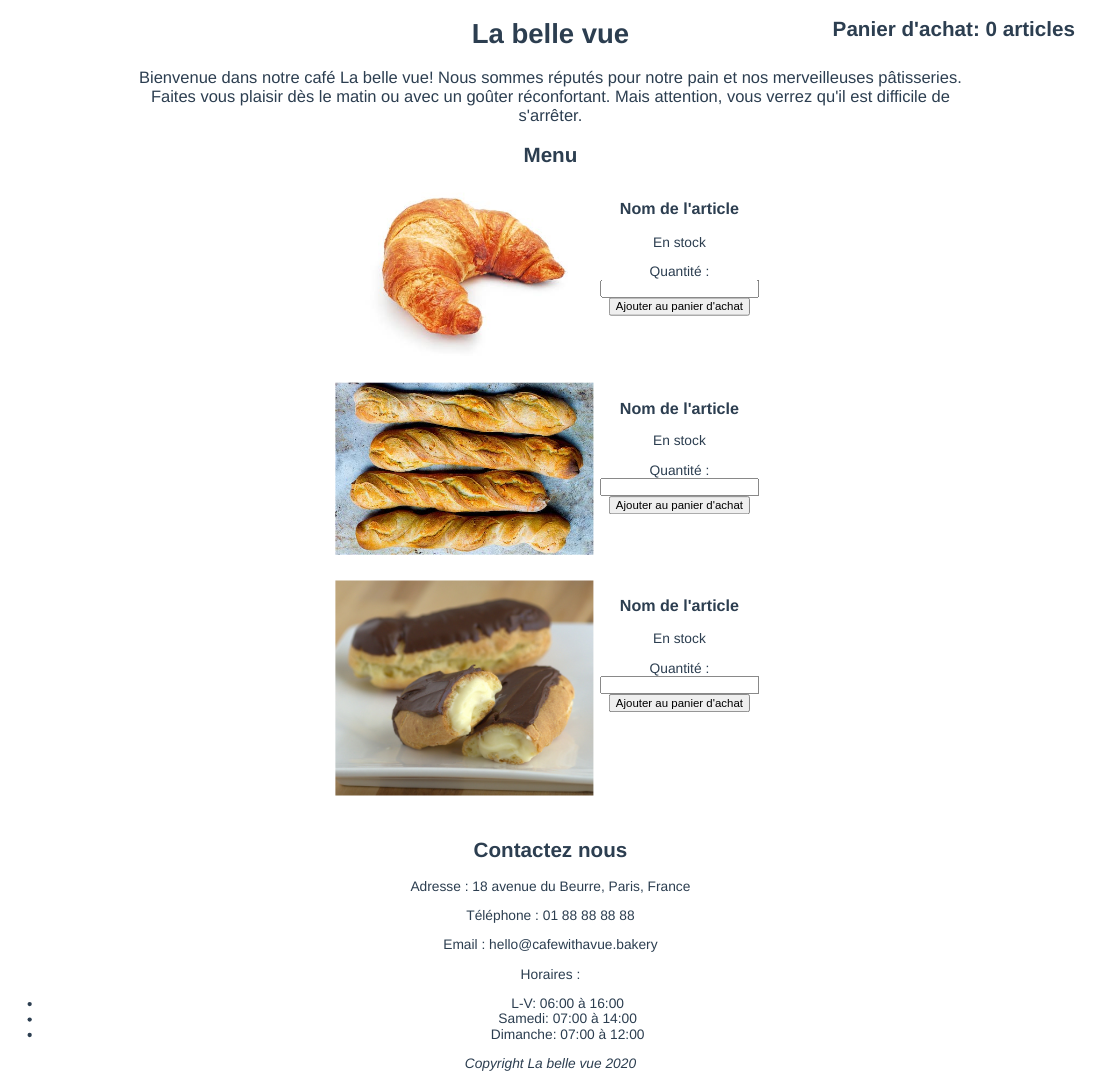
Repository: arione15/OC-tuto_cafe-avec-vue_Vue.js
Page: Partie 1 Créez votre première app Vue.js/Vue-fr-P1C4-Begin/cafe-with-a-vue/index.html
The author's editor kept a copy of each file at every save. The page is drawn from the files as they stood at one save, then again after the next save.
The browser window is 1280 px wide. The pictures show the whole page, at 86% of full size.

Above is the page before, as saved 2021-09-06 16:20:32.

### Partie 1 Créez votre première app Vue.js/Vue-fr-P1C4-Begin/cafe-with-a-vue/index.html
<!DOCTYPE html>
<html lang="en">

<head>
	<meta charset="UTF-8" />
	<meta name="viewport" content="width=device-width, initial-scale=1.0" />
	<meta http-equiv="X-UA-Compatible" content="ie=edge" />
	<link rel="stylesheet" href="./styles.css" />
	<title>Cafe with a Vue</title>
</head>

<body>
	<div id="app" class="app">
		<h1>{{ restaurantName }}</h1>
		<p class="description">
			Bienvenue dans notre café {{ restaurantName }}! Nous sommes réputés pour
			notre pain et nos merveilleuses pâtisseries. Faites vous plaisir dès le
			matin ou avec un goûter réconfortant. Mais attention, vous verrez qu'il
			est difficile de s'arrêter.
		</p>

		<section class="menu">
			<h2>Menu</h2>
			<div v-for="item of simpleMenu" class="menu-item">
				<img
					class="menu-item__image"
					:src="item.image.source"
					:alt="item.image.alt"
				/>
				<div>
					<h3>Nom de l'article</h3>
					<p v-if="">En stock</p>
					<p v-else>En rupture de stock</p>
					<div>
						<label for="add-item-quantity">Quantité :</label>
						<input id="add-item-quantity" type="number" />
						<button>Ajouter au panier d'achat</button>
					</div>
				</div>
			</div>
		</section>

		<aside class="shopping-cart">
			<h2>Panier d'achat: 0 articles</h2>
		</aside>

		<h2>Contactez nous</h2>
		<p>Adresse : {{ address }}</p>
		<p>Téléphone : {{ phone }}</p>
		<p>Email : {{ email }}</p>
		<p>Horaires :</p>
		<ul>
			<li>L-V: 06:00 à 16:00</li>
			<li>Samedi: 07:00 à 14:00</li>
			<li>Dimanche: 07:00 à 12:00</li>
		</ul>

		<footer class="footer">
			<p>Copyright {{ restaurantName }} 2020</p>
		</footer>
	</div>

	<script src="https://cdn.jsdelivr.net/npm/vue/dist/vue.js"></script>
	<script>
		const app = new Vue({
			el: "#app",
			data: {
				address: "18 avenue du Beurre, Paris, France",
				email: "hello@cafewithavue.bakery",
				phone: "01 88 88 88 88",
				restaurantName: "La belle vue",
				simpleMenu: [
					{
						name: "Croissant",
						image: {
							source: "./images/croissant.jpg",
							alt: "Un croissant"
						},
						inStock: true,
						quantity: 1
					},
					{
						name: "Baguette de pain",
						image: {
							source: "./images/french-baguette.jpeg",
							alt: "Quatre baguettes de pain"
						},
						inStock: true,
						quantity: 1
					},
					{
						name: "Éclair",
						image: {
							source: "./images/eclair.jpg",
							alt: "Éclair au chocolat"
						},
						inStock: false,
						quantity: 1
					}
				]
			},
			computed: {
				copyright() {
					const currentYear = new Date().getFullYear();
					return `Copyright ${this.restaurantName} ${currentYear}`;
				}
			}
		})
	</script>
</body>

</html>

### Partie 1 Créez votre première app Vue.js/Vue-fr-P1C4-Begin/cafe-with-a-vue/styles.css
.app {
  font-family: 'Avenir', Helvetica, Arial, sans-serif;
  -webkit-font-smoothing: antialiased;
  -moz-osx-font-smoothing: grayscale;
  text-align: center;
  color: #2c3e50;
}

.description {
  max-width: 960px;
  font-size: 1.2rem;
  margin: 0 auto;
}

.footer {
  text-align: center;
  font-style: italic;
}

.menu {
  display: flex;
  flex-direction: column;
  justify-content: center;
  align-items: center;
}

.menu-item {
  display: flex;
  width: 500px;
  justify-content: space-between;
  margin-bottom: 30px;
}

.menu-item__image {
  max-width: 300px;
}

.shopping-cart {
  position: absolute;
  right: 30px;
  top: 0;
}

After the next save:
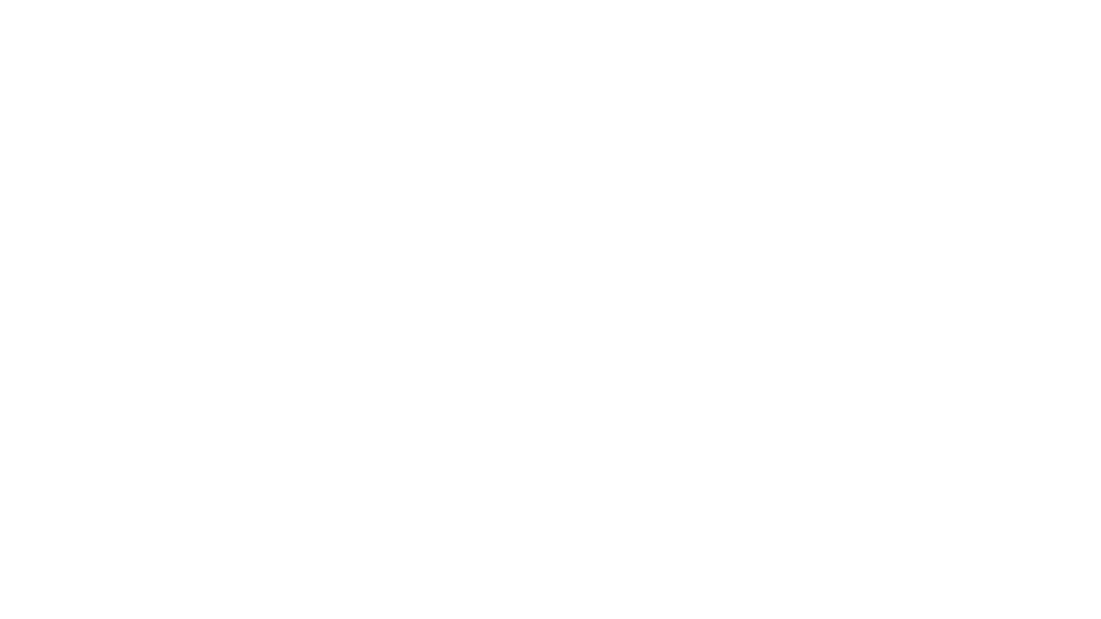
Saved 26 s later.
--- a/Partie 1 Créez votre première app Vue.js/Vue-fr-P1C4-Begin/cafe-with-a-vue/index.html
+++ b/Partie 1 Créez votre première app Vue.js/Vue-fr-P1C4-Begin/cafe-with-a-vue/index.html
@@ -29,7 +29,7 @@
 				/>
 				<div>
 					<h3>Nom de l'article</h3>
-					<p v-if="">En stock</p>
+					<p v-if="in">En stock</p>
 					<p v-else>En rupture de stock</p>
 					<div>
 						<label for="add-item-quantity">Quantité :</label>

After the 2 saves that followed:
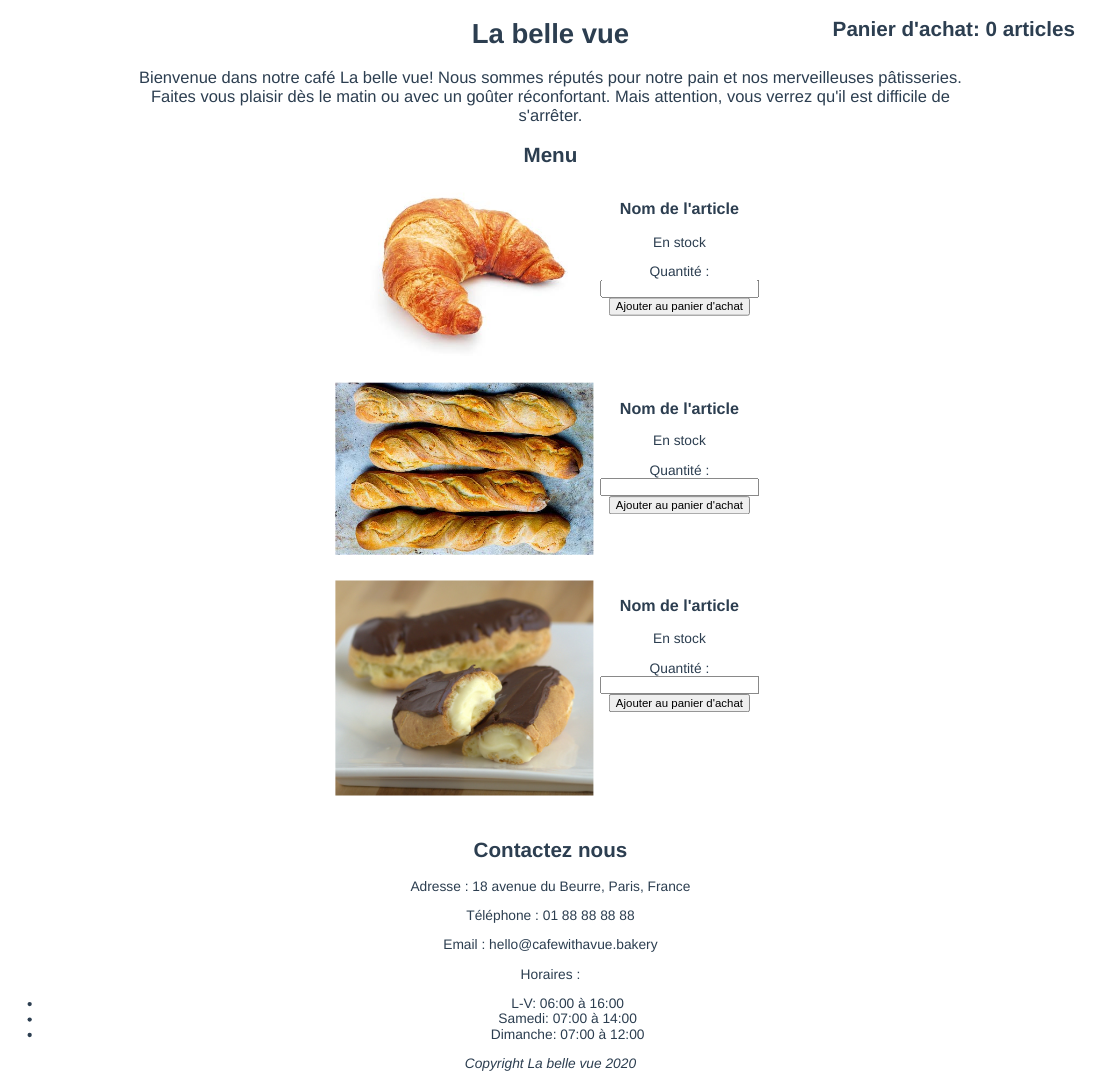
The 2 saves are shown as one change because they came seconds apart.
The last was saved 8 s later.
--- a/Partie 1 Créez votre première app Vue.js/Vue-fr-P1C4-Begin/cafe-with-a-vue/index.html
+++ b/Partie 1 Créez votre première app Vue.js/Vue-fr-P1C4-Begin/cafe-with-a-vue/index.html
@@ -29,7 +29,7 @@
 				/>
 				<div>
 					<h3>Nom de l'article</h3>
-					<p v-if="in">En stock</p>
+					<p v-if="item">En stock</p>
 					<p v-else>En rupture de stock</p>
 					<div>
 						<label for="add-item-quantity">Quantité :</label>
